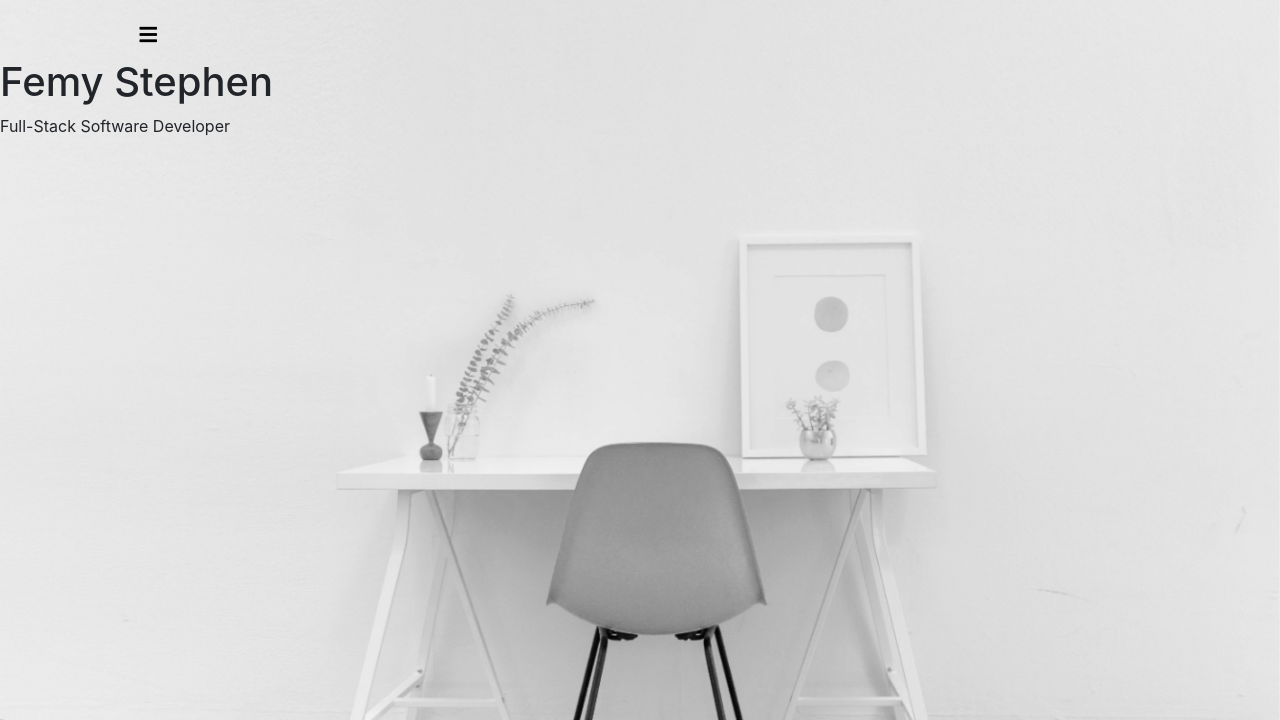
Repository: femy16/FemyStephen
Page: index.html
The author's editor kept a record of every edit. The page is drawn from the files as they stood at one moment, then again after the next edit.
The browser window is 1280 px wide. The pictures show the whole page.
Some web libraries are served in a nearby version.

Above is the page before.
Not found: hover.css

### index.html
<!DOCTYPE html>
<html lang="en">

<head>
    <meta charset="UTF-8">
    <meta name="viewport" content="width=device-width, initial-scale=1.0">
    <meta http-equiv="X-UA-Compatible" content="ie=edge">
    <link href="https://fonts.googleapis.com/css?family=Courgette|Kaushan+Script" rel="stylesheet">
    <link rel="stylesheet" href="https://use.fontawesome.com/releases/v5.3.1/css/all.css" integrity="sha384-mzrmE5qonljUremFsqc01SB46JvROS7bZs3IO2EmfFsd15uHvIt+Y8vEf7N7fWAU" crossorigin="anonymous">
    <link rel="stylesheet" href="hover.css" type="text/css" />
    <link rel="stylesheet" href="https://maxcdn.bootstrapcdn.com/bootstrap/4.0.0/css/bootstrap.min.css" integrity="sha384-Gn5384xqQ1aoWXA+058RXPxPg6fy4IWvTNh0E263XmFcJlSAwiGgFAW/dAiS6JXm" crossorigin="anonymous">
    <link rel="stylesheet" href="style.css" type="text/css" />
    <link href="https://fonts.googleapis.com/css?family=Montserrat" rel="stylesheet">
    <title>Femy Stephen</title>
</head>

<body>
   <header id="landing-view">


        <nav class="navbar navbar-masthead navbar-default navbar-fixed-top">
                <div class="container topmenu">


            <button class="navbar-toggler" type="button" data-toggle="collapse" data-target="#collapsibleNavbar">
    <span class="fa fa-bars" ></span>
  </button>
  </div>
            <div class="collapse navbar-collapse" id="collapsibleNavbar">
                <ul class="navbar-nav">
                    <li class="nav-item">
                        <a class="nav-link" href="#">About</a>
                    </li>
                    <li class="nav-item">
                        <a class="nav-link" href="services.html">Works</a>
                    </li>
                    <li class="nav-item">
                        <a class="nav-link" href="products.html">Skills</a>
                    </li>
                    <li class="nav-item">
                        <a class="nav-link" href="contac_us.html">CV</a>
                    </li>
                </ul>
            </div>
        </nav>
<div class="headercontainer">
    <h1 class="name">Femy Stephen</h1>
    <p class="title">Full-Stack Software Developer</p>

</div>

    </header>
    <div class="spacer"></div>
    <main>


    </main>

    <footer>

    </footer>



    <script src="https://code.jquery.com/jquery-3.2.1.slim.min.js" integrity="sha384-KJ3o2DKtIkvYIK3UENzmM7KCkRr/rE9/Qpg6aAZGJwFDMVNA/GpGFF93hXpG5KkN" crossorigin="anonymous"></script>
    <script src="https://cdnjs.cloudflare.com/ajax/libs/popper.js/1.12.9/umd/popper.min.js" integrity="sha384-ApNbgh9B+Y1QKtv3Rn7W3mgPxhU9K/ScQsAP7hUibX39j7fakFPskvXusvfa0b4Q" crossorigin="anonymous"></script>
    <script src="https://maxcdn.bootstrapcdn.com/bootstrap/4.0.0/js/bootstrap.min.js" integrity="sha384-JZR6Spejh4U02d8jOt6vLEHfe/JQGiRRSQQxSfFWpi1MquVdAyjUar5+76PVCmYl" crossorigin="anonymous"></script>
</body>

</html>

### style.css
.navbar {
    background-color: transparent;


}
.navbar .navbar-collapse {
    text-align: right;
    border-top: 1px solid transparent;
    overflow-x: hidden;
}
.navbar-fixed-top .container {

    text-align: right;
    margin-right: 1%;
    margin-top: 1%;

}
#landing-view {
    background-attachment: fixed;
    background-image: url('images/landing.jpg');
    background-position: bottom;
    background-size: cover;
    height: 100vh;
    width: 100vw;
    margin-bottom: 0px;
    z-index: 1;
}

body{

    background-color: #fdfdfd;
    width: 100%;
}


/*.spacer {*/
/*    width: 100%;*/
/*    height: 170px;*/
/*}*/


.nav-link {
    font-family: 'Courgette', cursive;
    font-size: 20px;
    color: red;
    padding-left: 40px;
    padding-right: 40px;
}

.nav-item {
    display: inline-block;
    padding: 10px;
    padding-left: 40px;
    padding-right: 40px;
}
body{

}

After the next edit:
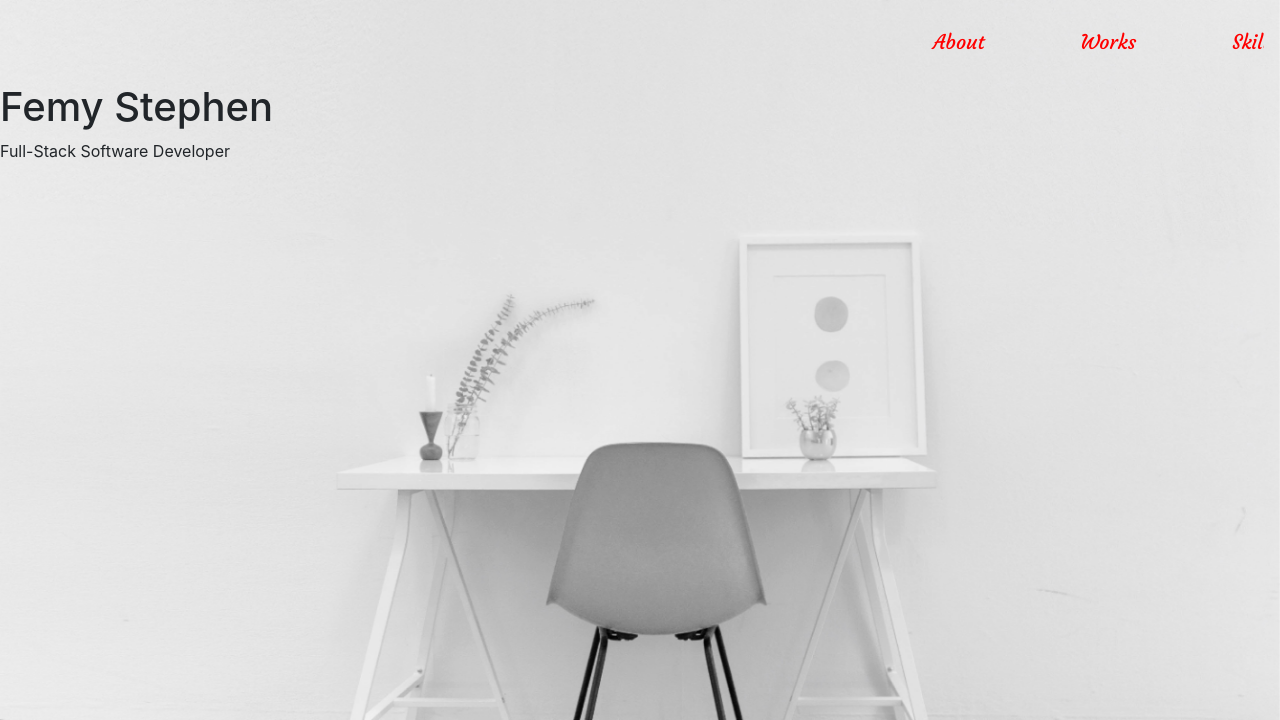
The edit:
--- a/index.html
+++ b/index.html
@@ -18,7 +18,7 @@
    <header id="landing-view">
 
 
-        <nav class="navbar navbar-masthead navbar-default navbar-fixed-top">
+        <nav class="navbar navbar-expand-md navbar-masthead navbar-default navbar-fixed-top">
                 <div class="container topmenu">
 
 
